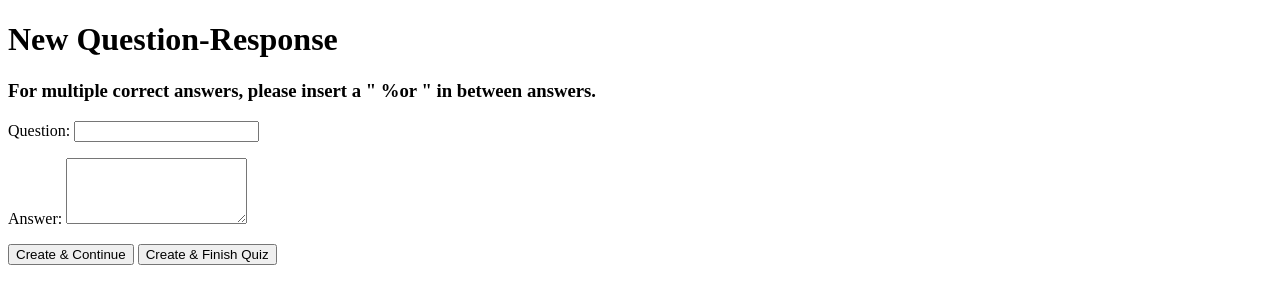
Repository: sarahhtn/CS108_final_project
Page: QuizWebsite/WebContent/CreateQR.html
An editor plug-in stored every save of this project. The page is shown before and after the next save, followed by the edit.
The browser window is 1280 px wide. The pictures show the whole page.

Above is the page before, as saved 2013-11-16 21:36:30.

### QuizWebsite/WebContent/CreateQR.html
<!DOCTYPE html PUBLIC "-//W3C//DTD HTML 4.01 Transitional//EN" "http://www.w3.org/TR/html4/loose.dtd">
<html>
<head>
<meta http-equiv="Content-Type" content="text/html; charset=UTF-8">
<title>Create a New Question-Response</title>
</head>
<body>
<h1>New Question-Response</h1>
<h3>For multiple correct answers, please insert a " %or " in between answers.</h3>

<form action="QRServlet" method="post">
<p>Question: <input type="text" name="question" /></p>
<p>Answer: <textarea rows = "4" cols = "20" name="answer"></textarea> </p>
<input type="submit" value="Create & Continue"/>
<input type="submit" value="Create & Finish Quiz"/>
</form>

</body>
</html>

After the next save:
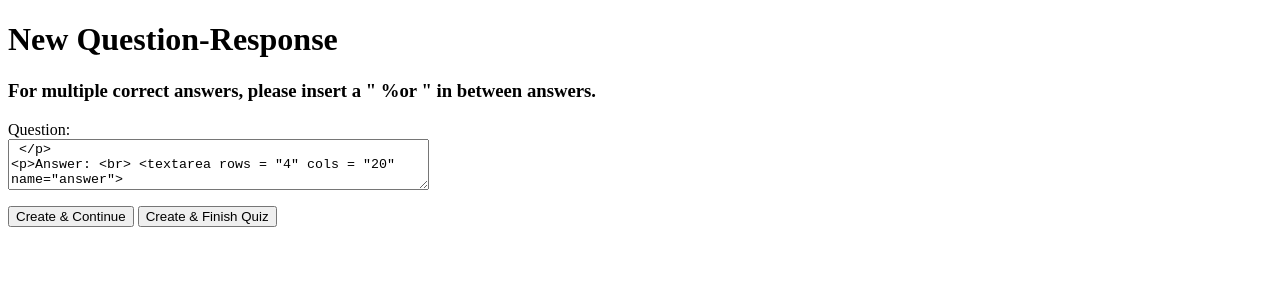
Saved 114 s later.
--- a/QuizWebsite/WebContent/CreateQR.html
+++ b/QuizWebsite/WebContent/CreateQR.html
@@ -9,8 +9,8 @@
 <h3>For multiple correct answers, please insert a " %or " in between answers.</h3>
 
 <form action="QRServlet" method="post">
-<p>Question: <input type="text" name="question" /></p>
-<p>Answer: <textarea rows = "4" cols = "20" name="answer"></textarea> </p>
+<p>Question: <br> <textarea rows = "3" cols = "50" name="question"</textarea> </p>
+<p>Answer: <br> <textarea rows = "4" cols = "20" name="answer"></textarea> </p>
 <input type="submit" value="Create & Continue"/>
 <input type="submit" value="Create & Finish Quiz"/>
 </form>
